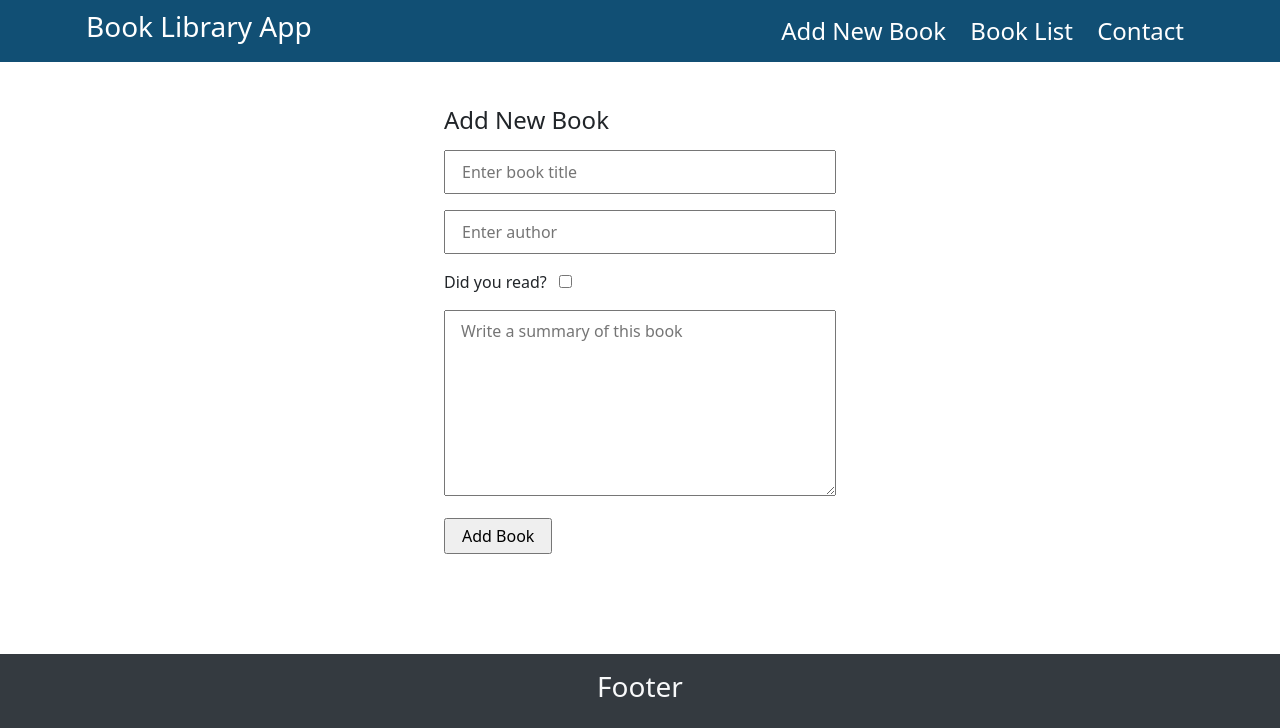
Repository: just-mann/booklibrary-app
Page: http://localhost/
The author's editor kept a copy of each file at every save. The page is drawn from the files as they stood at one save, then again after the next save.
The browser window is 1280 px wide. The pictures show the whole page.
The page is served by the project's Node server (app.js).

Above is the page before, as saved 2021-06-06 04:49:02.

### views/index.ejs
<!DOCTYPE html>
<html lang="en">
<%- include('./partials/Header') %>
<body>
    <%- include('./partials/Navbar') %>
      <div class="container py-2 home">
        <div class=" p-5 p-xs-1 p-sm-1 p-md-1 py-2 px-0 mt-3 homeDiv">
          <form action="/books" method="POST" class="px-0 py-3">
            <h4>Add New Book</h4>
              <div class="my-3">
                <input class="px-3 py-2 title w-100" type="text" name="title" id="title" placeholder="Enter book title" required>
              </div>
              <div class="my-3">
                <input class="px-3 py-2 author w-100" type="text" name="author" id="author" placeholder="Enter author" required>
              </div>
              <div class="my-3">
                <label for="isRead" class="mr-2">Did you read?</label>
                <input class="px-3 py-2 isRead" type="checkbox" name="isRead" id="isRead">
              </div>
              <div class="my-3">
                <textarea class="px-3 py-2 isRead w-100" name="summary" id="summary" cols="30" rows="7" placeholder="Write a summary of this book" required></textarea>
              </div>
              <div class="my-3">
                <input class="px-3 py-1 submitBtn" type="submit" value="Add Book">
              </div>
          </form>
        </div>
      </div>
    <%- include('./partials/Footer') %>
</body>
</html>

### views/partials/Header.ejs
<head>
    <meta charset="UTF-8">
    <meta name="viewport" content="width=device-width, initial-scale=1.0">
    <title><%= title %></title>
    <link rel="stylesheet" href="https://stackpath.bootstrapcdn.com/bootstrap/5.0.0-alpha1/css/bootstrap.min.css" integrity="sha384-r4NyP46KrjDleawBgD5tp8Y7UzmLA05oM1iAEQ17CSuDqnUK2+k9luXQOfXJCJ4I" crossorigin="anonymous">
    <script src="https://cdn.jsdelivr.net/npm/popper.js@1.16.0/dist/umd/popper.min.js" integrity="sha384-Q6E9RHvbIyZFJoft+2mJbHaEWldlvI9IOYy5n3zV9zzTtmI3UksdQRVvoxMfooAo" crossorigin="anonymous"></script>
    <link rel="stylesheet" href="https://unpkg.com/aos@next/dist/aos.css" />
    <link rel="stylesheet" href="https://unpkg.com/aos@next/dist/aos.css" />
    <script src="https://stackpath.bootstrapcdn.com/bootstrap/5.0.0-alpha1/js/bootstrap.min.js" integrity="sha384-oesi62hOLfzrys4LxRF63OJCXdXDipiYWBnvTl9Y9/TRlw5xlKIEHpNyvvDShgf/" crossorigin="anonymous"></script>
    <link rel="stylesheet" href="/style.css">
  </head>

### views/partials/Navbar.ejs
<nav class="container-fluid sticky-top">
    <div class="container">
        <a href="/" class="logo"><h3>Book Library App</h3></a>
        <div class="nav__links">
            <a href="/">Add New Book</a>
            <a href="/booklist">Book List</a>
            <a href="/contact">Contact</a>
        </div>
    </div>
</nav>

### views/partials/Footer.ejs
<footer class="bg-dark py-3 text-light text-center">
    <script src="https://ajax.googleapis.com/ajax/libs/jquery/3.5.1/jquery.min.js"></script>
    <script src="/script.js"></script>
    <div class="container">
        <h3>Footer</h3>
    </div>
</footer>
<script src="https://unpkg.com/aos@next/dist/aos.js"></script>
<script>
  AOS.init();
</script>

### app.js
const express = require('express'); //import express package
const app = express(); //initialize the express app
const bodyParser = require('body-parser') //import body-parser to handle data from the form
const MongoClient = require('mongodb').MongoClient; //import the mongodbClient
const { ObjectId } = require('bson');
const dbName = 'myBookList';
const dbCollectionName = 'bookCollection';

const PORT = process.env.PORT || 5000;


// Configure the body-parser
app.use(bodyParser.urlencoded({ extended: true }));


// Make static files accessible
app.use(express.static('public'));


// Set View Engine
app.set('view engine', 'ejs');



// Connect to Database
const dbURI = 'mongodb+srv://bookUser:cUk4rECaXyAWsNz8@crud-tutorial.xd65d.mongodb.net/myBookList?retryWrites=true&w=majority';
MongoClient.connect(dbURI, { useUnifiedTopology: true })
    .then(client => {

        app.listen(PORT, () => {
            console.log(`App is now running on PORT ${PORT} and Database: ${dbName} is connected`)
        });

        const db = client.db(`${dbName}`);

        const myCollection = db.collection(`${dbCollectionName}`);

        app.post('/books', (req, res) => {
            myCollection.insertOne(req.body)
                .then(result => {
                    console.log('Item added to database...');
                })
                .catch(err => console.log(err));
            res.redirect('bookList');
        })

        app.get('/booklist', (req, res) => {
            myCollection.find().sort({_id: -1}).toArray()
                .then(result => {
                    res.render('bookList', { myList: result, title: "Book List" });
                })
                .catch(err => console.log(err));
        })


        app.get('/booklist/:id', (req, res) => {
            const id = req.params.id;
            myCollection.findOne({ _id: ObjectId(`${id}`)})
                .then(result => {
                    res.render('details', { singleBook: result, title: `Book Detail  -  ${result.title}` })
                })
                .catch(err => console.log(err));
        })


        app.delete('/booklist/:id', (req, res) => {
            const id = req.params.id;
            myCollection.deleteOne({_id: ObjectId(`${id}`)})
                .then(result => {
                    res.json({ redirect: '/booklist'})
                })
                .catch(err => console.log(err));
        })


        app.get('/', (req, res) => {
            res.render('index', { title: "Add New Book" });
        })


        app.get('/contact', (req, res) => {
            res.render('contact', { title: "Contact Me" });
        })

        app.use((req, res) => {
            res.status(404).render('404', { title: '404, Page Not Found'});
        })

    })
    .catch(err => console.log(err));

### public/style.css
* {
    padding: 0;
    margin: 0;
    box-sizing: border-box;
}
body {
    min-height: 100vh;
}

a {
    text-decoration: none;
}

nav {
    background-color: #114f74;
    padding: 10px 0px;
}

nav .container {
    display: flex;
    justify-content: space-between;
    align-items: center;
}

nav .container .logo h3 {
    color: #ffffff;
    font-weight: 350;
}

nav .container .nav__links {
    color: #ffffff;
}

nav .container .nav__links a {
    color: #ffffff;
    font-size: 1.5rem;
    padding: 10px 0px;
    margin: 0px 10px;
    font-weight: 300;
}

.nav__links a:hover {
    color: red;
}

.listDiv {
    display: flex;
    grid-template-columns: repeat(3, 1fr);
}

.list {
    max-width: 350px;
    min-height: 150px;
    margin: 0px 15px;
    background-color: #e2e2e2;
    border-left: 15px solid #41a1b9;
    opacity: 0.9;
    transition: opacity 0.6s;
}

.list:hover {
    opacity: 1;
}


/* Home Page */
.home {
    height: 82.3vh;
}

.home .homeDiv {
    /* background: yellow; */
    max-width: 400px;
    margin: 0 auto;
}



/* Book List Page */
.bookList {
    min-height: 81.3vh;
}






/* details page */
.details {
    height: 81.5vh;
}



.bookSummary {
    max-width: 500px;
    background: yellow;
}



/* Contact Page */
.contact {
    height: 82vh;
}

Loaded but not shown: public/script.js (no stored copy; drawn as an empty file)

After the next save:
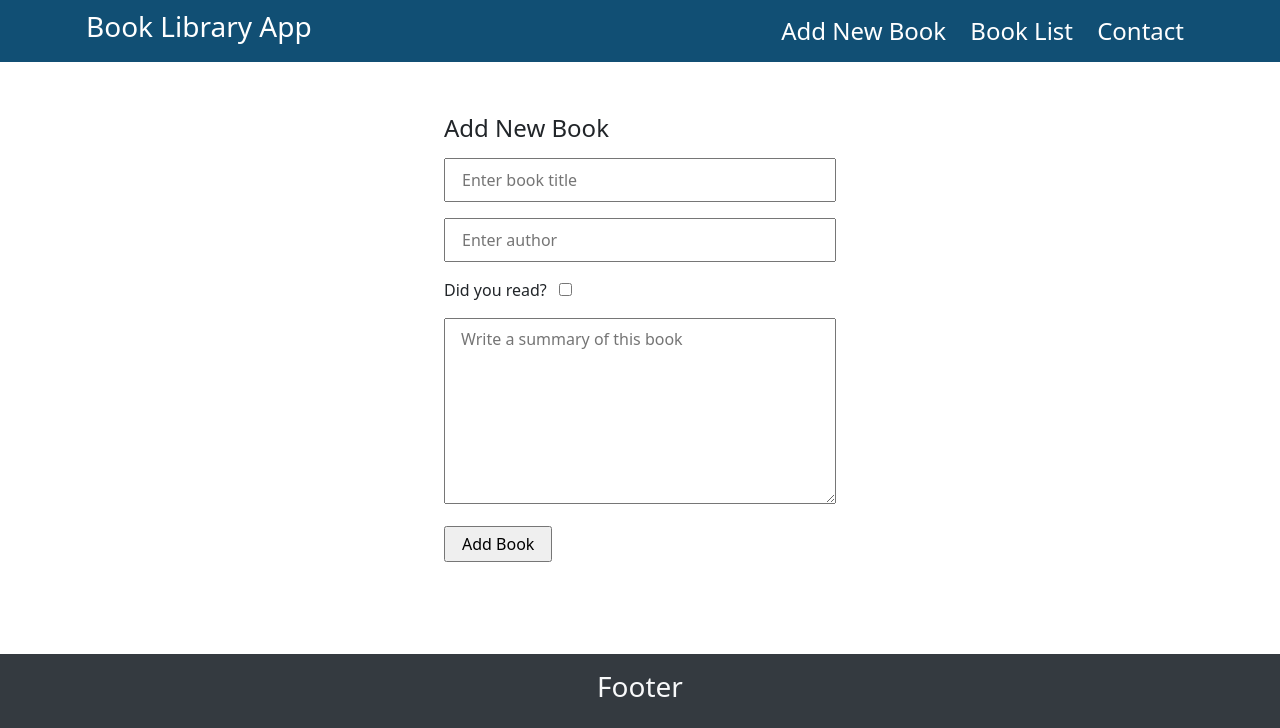
Saved 9 s later.
--- a/views/index.ejs
+++ b/views/index.ejs
@@ -4,7 +4,7 @@
 <body>
     <%- include('./partials/Navbar') %>
       <div class="container py-2 home">
-        <div class=" p-5 p-xs-1 p-sm-1 p-md-1 py-2 px-0 mt-3 homeDiv">
+        <div class=" p-5 p-xs-1 p-sm-1 p-md-1 py-2 px-0 mt-4 homeDiv">
           <form action="/books" method="POST" class="px-0 py-3">
             <h4>Add New Book</h4>
               <div class="my-3">
